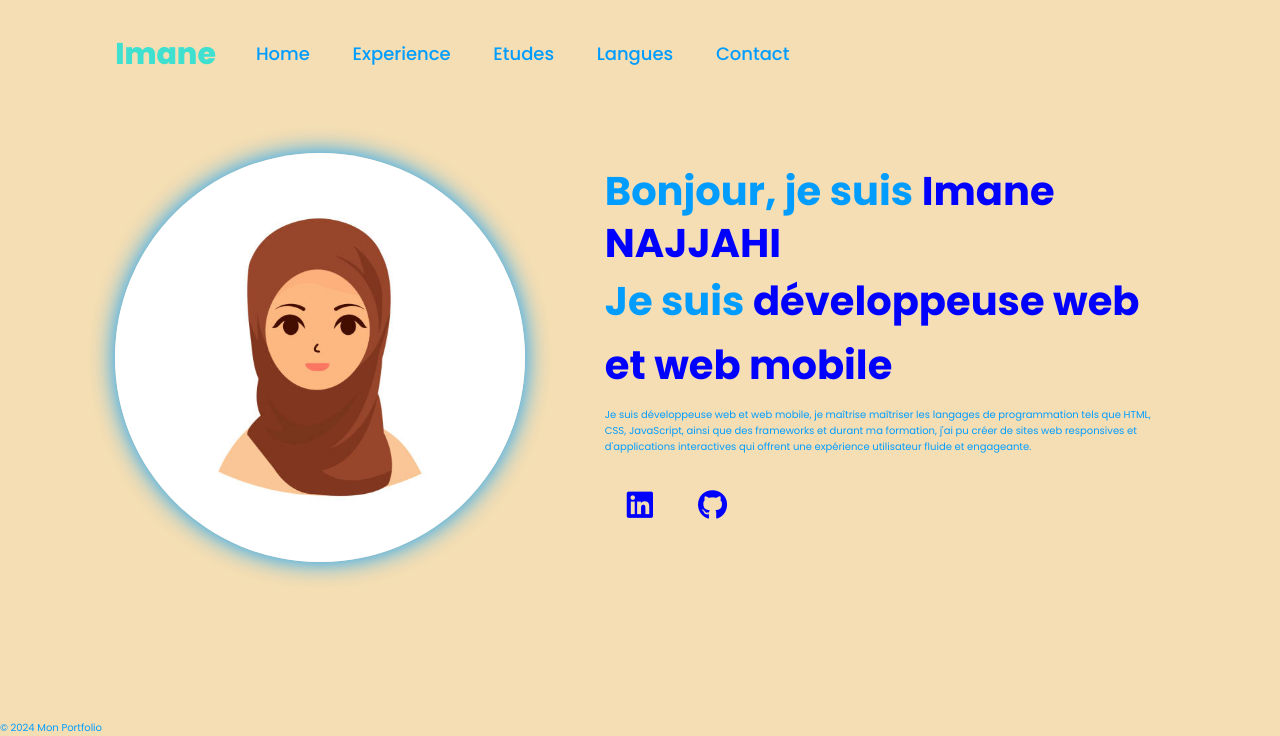
Repository: Najjahi/10mentions_web_back
Page: 02_PHP/portefolio/apropos.html
The author's editor kept a copy of each file at every save. The page is drawn from the files as they stood at one save, then again after a run of saves.
The browser window is 1280 px wide. The pictures show the whole page.
Some web fonts or font styles are not loaded; a fallback is used. Some web libraries are served in a nearby version.

Above is the page before, as saved 2024-12-03 10:35:37.

### 02_PHP/portefolio/apropos.html
<!DOCTYPE html>
<html lang="fr">
<head>
    <meta charset="UTF-8">
    <meta name="viewport" content="width=device-width, initial-scale=1.0">
    <link rel="stylesheet" href=" @import url('https://fonts.googleapis.com/css2?family=Poller+One&family=Poppins:ital,wght@0,100;0,200;0,300;0,400;0,500;0,600;0,700;0,800;0,900;1,100;1,200;1,300;1,400;1,500;1,600;1,700;1,800;1,900&display=swap');
        ">
    <title>Mon Portfolio</title>
    <link rel="stylesheet" href="css/style.css">
</head>
<body>
    <header>
        <a href="#" class="logo">Imane</a>

        <nav>
            <a href="#" class="active">Home</a>
            <a href="#">Experience</a>
            <a href="#">Etudes</a>
            <a href="#">Langues</a>
            <a href="#">Contact</a>
        </nav>
    </header>

    <section class="home">
        <div class="home-img">
            <img src="img/imane.jpg" alt="">
        </div>
        <div class="home-content">
            <h1>Bonjour, je suis <span>Imane NAJJAHI</span></h1>
            <h3 class="typing-text"> Je suis <span> développeuse web et web mobile </span></h3>
            <p> Je suis développeuse web et web mobile, je maîtrise  maîtriser les langages de programmation tels que HTML, CSS, JavaScript, ainsi que des frameworks et durant ma formation, j'ai pu créer de sites web responsives et d'applications interactives qui offrent une expérience utilisateur fluide et engageante.<p>
                <div class="social-icons">
                    <a href="#"> <i class="fa-brands fa-linkedin"></i></a>
                    <a href="#"> <i class="fa-brands fa-github"></i></a>


                </div>
        </div>

    </section>




    <footer>
        <script src="https://kit.fontawesome.com/3fc7a9accd.js" crossorigin="anonymous"></script>
        <p>&copy; 2024 Mon Portfolio</p>
    </footer>
</body>
</html>

### 02_PHP/portefolio/css/style.css
@import url('https://fonts.googleapis.com/css2?family=Poller+One&family=Poppins:ital,wght@0,100;0,200;0,300;0,400;0,500;0,600;0,700;0,800;0,900;1,100;1,200;1,300;1,400;1,500;1,600;1,700;1,800;1,900&display=swap');

*{
    margin: 0;
    padding: 0;
    box-sizing: border-box;
    text-decoration: none;
    border: none;
    outline: none;
    font-family: 'Poppins', sans-serif;
}

html{
    font-size: 62.5%;
}

body{
    width: 100%;
    height: 100vh;
    overflow-x: hidden;
    background-color: wheat;
    color: rgb(0, 157, 255);
    line-height: 1.6;
}

header{
    margin-top: 20px;
    position: fixed;
    top: 0;
    left: 0;
    width: 100;
    padding: 1rem 9%;
    background-color: transparent;
    filter: drop-shadow(10px);
    display: flex;
    justify-content: space-between;
    align-items: center;
    z-index: 100;
    text-align: center;
}

.logo{
    font-size: 3rem;
    color: turquoise;
    font-weight: 800;
    cursor: pointer;
    transition: 0.5s ease;
}

.logo:hover{
    transform: scale(1.1);

}


nav a {
    font-size: 1.8rem;
    color: rgb(0, 157, 255);
    margin-left: 4rem;
    font-weight: 500;
    transition: 0.3s ease;
    border-bottom: 3px solid transparent;

}

nav a:hover,
nav a:active{
    color: turquoise;
    border-bottom: 3px solid turquoise;
}

@media(max-width:995px) {
    nav{
        position: absolute;
        top: 100%;
        right: 0;
        width: 40%;
        border-left: 3px solid turquoise;
        border-bottom: 3px solid turquoise;
        border-bottom-right-radius: 2rem;
        padding: 1rem solid;
        background-color: wheat;
        border-top: 0.1rem solid rgba(0, 0, 0, 0.1);

    }

    nav:active {
        display: block;
    }

    nav a {
        display: block;
        font-size: 2rem;
        margin: 3rem 0;
    }

    nav a:hover,
    nav a:active {
        padding: 1rem;
        border-radius: 0.5rem;
        border-bottom: 0.5rem solid turquoise;

    }
    }
    section {
        min-height: 100vh;
        padding: 5rem 9% 5rem;

    }

    .home {
        display: flex;
        justify-content: center;
        align-items: center;
        gap: 8rem;
        background-color: wheat;
    }
    .home-content h3 {
        font-size: 4rem;
        margin-bottom: 1rem;
        font-weight: 700;
    }
    .home .home-content h1 {
        font-size: 4rem;
        font-weight: 700;
        line-height: 1.3;
    }

    span{
        color: blue;
    }

    .home .home-content h3 {
        font-size: 4rem;
        font-weight: 700;
        margin-bottom: 1rem;
    }


    .home-img {
        border-radius: 50%;
    }
    .home-img img{
        position: relative;
        width: 32vw;
        border-radius: 50%;
        box-shadow: 0 0 25px;
        cursor: pointer;
        transition: 0.2s linear;

    }
    .home-img img-hover {
        font-size: 1.8rem;
        font-weight: 500;
    }

    .social-icons a{
        display: inline-flex;
        justify-content: center;
        align-items: center;
        width: 4rem;
        height: 4rem;
        background-color: transparent;
        border: 0.2rem;
        font-size: 3rem;
        border-radius: 50%;
        margin: 3rem 1.5rem 3rem;
        transition: 0.3s ease;
        color: blue;
    }
    .social-icons a:hover{
        color: wheat;
        transform: scale(1.3) translateY(-5px) ;
        background-color:  rgb(0, 157, 255);
        box-shadow: 0 0 25px aqua;
    }

    .btn{
        display: inline-block;
        padding: 1rem 2.8rem;
        background-color: beige;
        border-radius: 4rem;
        font-size: 1.6rem;
        color: aqua;
        letter-spacing: 0.3rem;
        font-weight: 600;
        border: 2px solid aqua;
        transition: 0.3s ease;
        cursor: pointer;
    }

    .btn:hover{
        transform: scale3d(1.03);
        background-color: blue;
        color: beige;
        box-shadow: 0 0 25px aqua;
    }
    .typing-text{
        font-size: 34px;
        font-weight: 600;
        min-width: 280px;
    }

    .typing-text span{
        position: relative;
    }

    .typing-text span::before{
        content: "";

    }

After the next 3 saves:
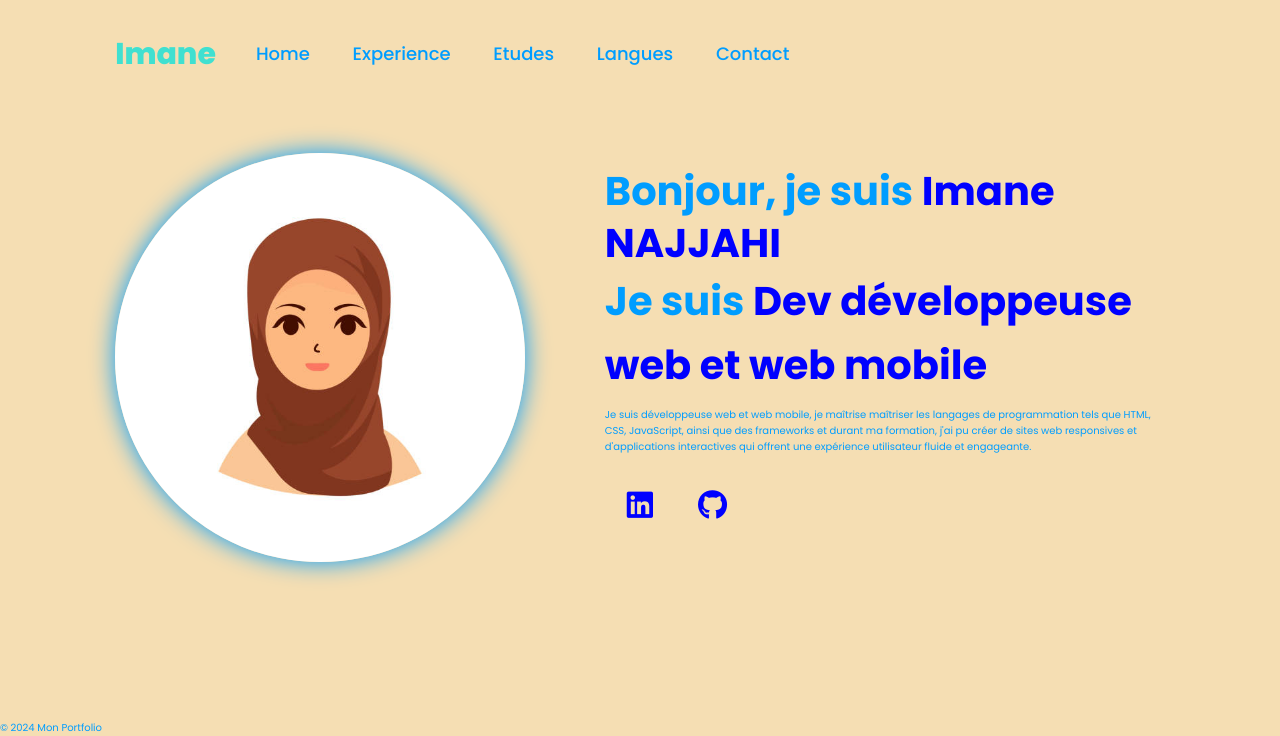
The 3 saves are shown as one change because they came seconds apart.
The last was saved 24 s later.
--- a/02_PHP/portefolio/css/style.css
+++ b/02_PHP/portefolio/css/style.css
@@ -206,6 +206,6 @@ nav a:active{
     }
 
     .typing-text span::before{
-        content: "";
-
-    }
+        content: "Dev";
+
+    }
